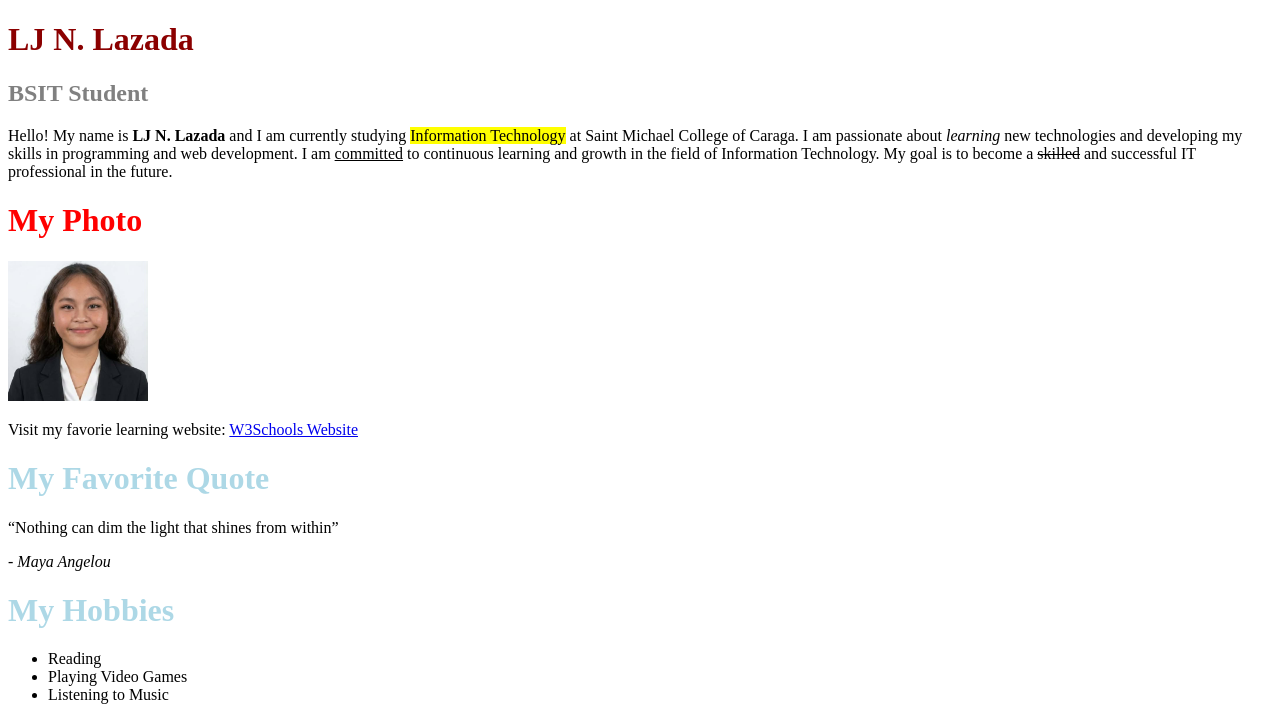
Repository: ljlazada11/myfirsthtml
Page: index.html
An editor plug-in stored every save of this project. The page is shown before and after the next save, followed by the edit.
The browser window is 1280 px wide. The pictures show the whole page.

Above is the page before, as saved 2026-06-24 19:57:41.

### index.html
<!DOCTYPE html>
<html lang="en">
<head>
    <meta charset="UTF-8">
    <meta name="viewport" content="width=device-width, initial-scale=1.0">
    <title>My Personal Web Profile</title>
    <link rel="icon" type="image/x-icon" href="images.png">

</head>
<body>
    <h1 style="color:darkred;">LJ N. Lazada</h1>
    <h2 style="color:gray;">BSIT Student</h2>
    <p>Hello! My name is <strong>LJ N. Lazada</strong> and I am currently studying <mark>Information Technology</mark> at Saint Michael College of Caraga. I am passionate about <i>learning</i> new technologies and developing my skills in programming and web development. I am <ins>committed</ins> to continuous learning and growth in the field of Information Technology. My goal is to become a <del>skilled</del> and successful IT professional in the future.</p>
</body>
    <h1 style="color:red;">My Photo</h1>
    <img src="pic.jpg" alt="My	Profile	Picture" width="140" height="140">
    <p> Visit my favorie learning website: <a href="https://www.w3schools.com/html/default.asp" target="_blank">W3Schools	Website</a></p>

<body>
    <h1 style="color:lightblue;">My Favorite Quote</h1>
    <p><q>Nothing can dim the light that shines from within</q></p>
    <p><cite>- Maya Angelou</cite></p>
</body>
<body>
    <h1 style="color:lightblue;">My Hobbies</h1>
    <ul>
        <li>Reading</li>
        <li>Playing Video Games</li>
        <li>Listening to Music</li>
    </ul>
</body>


</html>

After the next save:
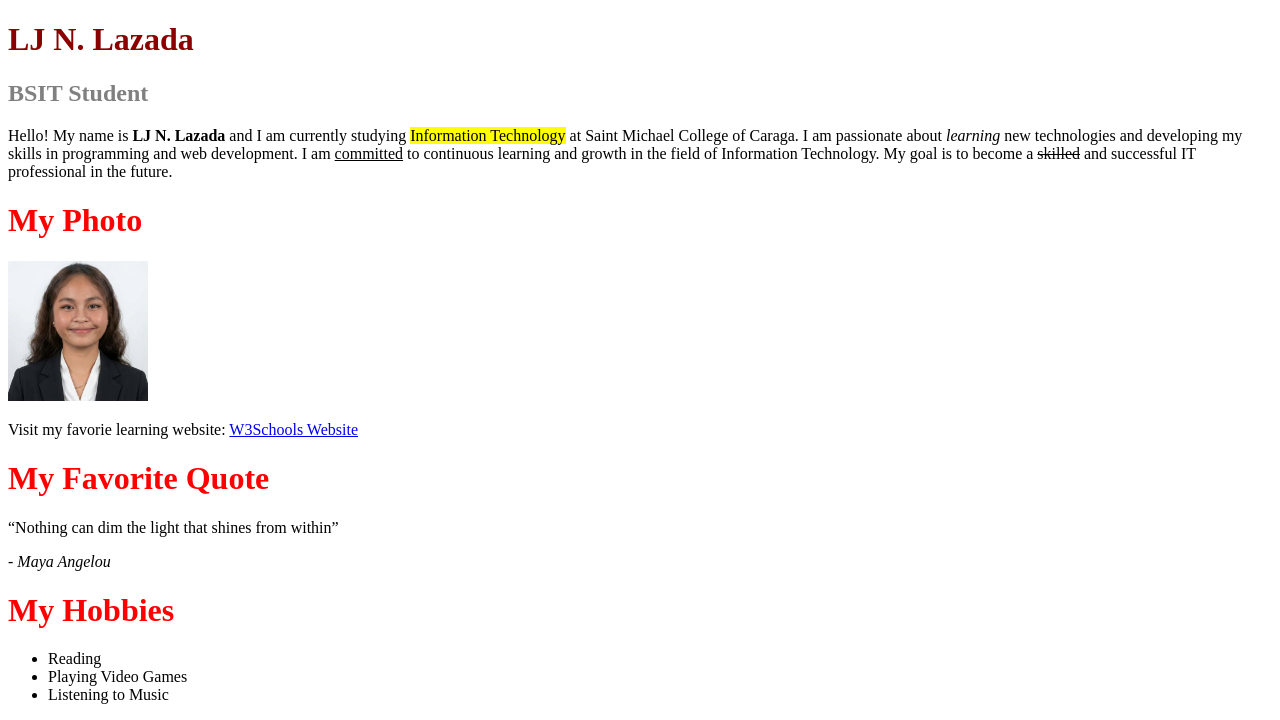
Saved 20 s later.
--- a/index.html
+++ b/index.html
@@ -17,12 +17,12 @@
     <p> Visit my favorie learning website: <a href="https://www.w3schools.com/html/default.asp" target="_blank">W3Schools	Website</a></p>
 
 <body>
-    <h1 style="color:lightblue;">My Favorite Quote</h1>
+    <h1 style="color:red;">My Favorite Quote</h1>
     <p><q>Nothing can dim the light that shines from within</q></p>
     <p><cite>- Maya Angelou</cite></p>
 </body>
 <body>
-    <h1 style="color:lightblue;">My Hobbies</h1>
+    <h1 style="color:red">My Hobbies</h1>
     <ul>
         <li>Reading</li>
         <li>Playing Video Games</li>
